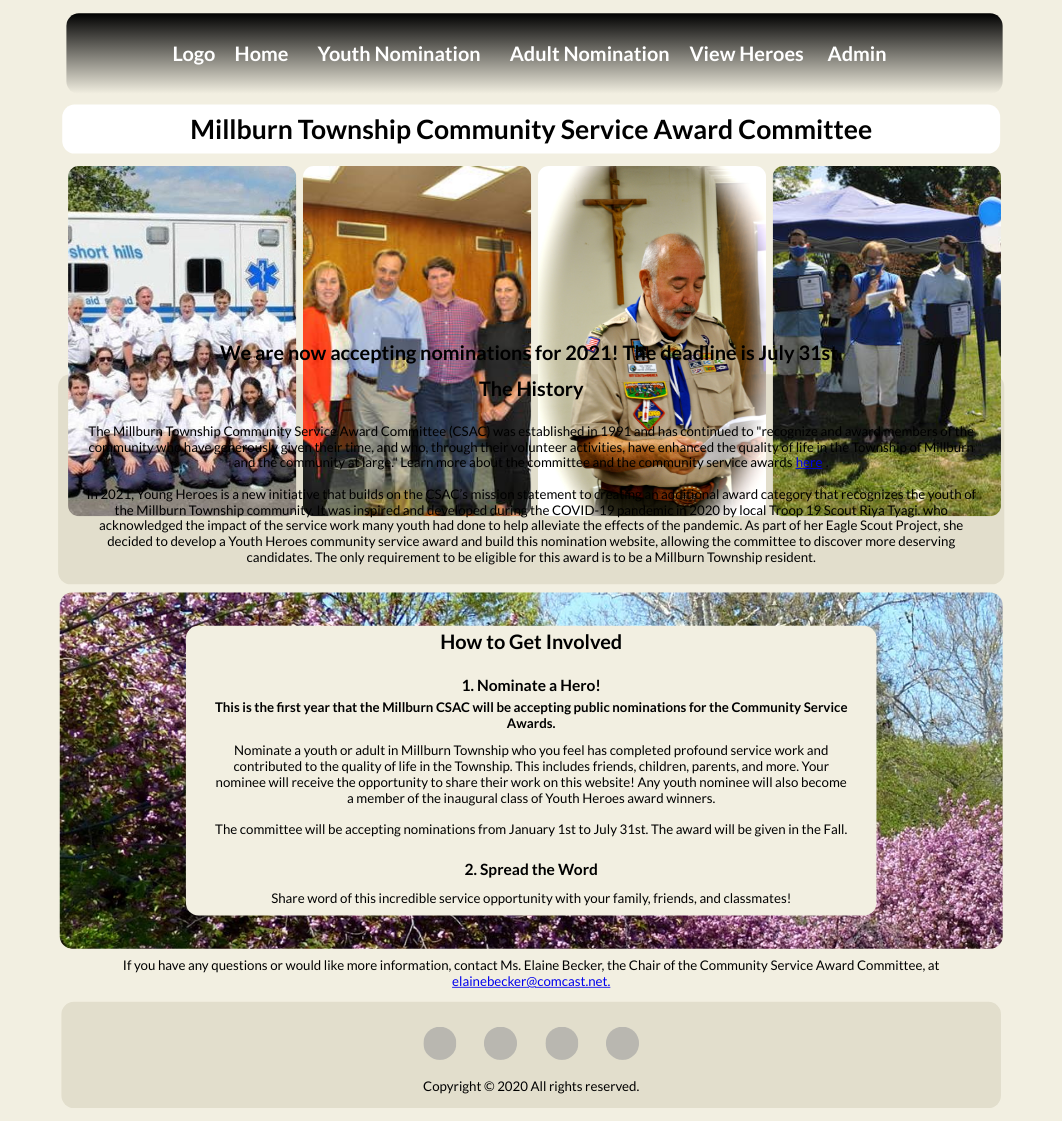
Repository: Centrattic/Young-Heroes-Website
Page: http://localhost/Frontend/home.php
The author's editor kept a copy of each file at every save. The page is drawn from the files as they stood at one save, then again after the next save.
The browser window is 1280 px wide. The pictures show the whole page, at 83% of full size.
Pictures or frames that could not be fetched are drawn as grey boxes. The page is run by PHP 8.4 with error messages shown; the project is at /var/www/html/.

Above is the page before, as saved 2020-12-09 15:39:01.

### Eagle Project/Frontend/home.php
<?php
require '../Backend/functions.php';
require '../Backend/dbhconnect.php';
?>

<html>
  <head>
    <link href="https://fonts.googleapis.com/css2?family=Lato:ital,wght@0,400;0,700;1,300;1,400&display=swap" rel="stylesheet">
    <link href="../CSS/home.css" rel="stylesheet" type="text/css" />

    <link rel = "stylesheet" href = "../CSS/navbar.css">
  </head>

  <body>


  <?php
      navbar();
    ?>

    <!--<h4> This website is affiliated with the Millburn Township Community Service Award Committee. </h4> -->
    <!--Banner/Header : history of CSAC , Ok describe that on website ::: incorporate thios is new initative but builds on previous initiative, came up on time of COVID, instead of "THE IMPORTANCE OF RECOGNIING YOUTH VOLUNTEERS -->
    <!-- Delete Mission Statement - JUst describe CSAC Iniative  ======================= OUR HISTORY, with the onset of COVID -- do this....

    Community Service Award OverView and Now YOUNG HEROES

    ALL NEEDED IS TO BE A MILLBURN TOWNSHIP RESIDENTs-->

    <h1 id = "homepagetitle"> Millburn Township Community Service Award Committee </h1>

    <div id = "homepicgrid">
      <div>
        <img src = "../Images/itsquad.jpg">
      </div>
      <div>
        <img src = "../Images/millburncsac.jpg">
      </div>
      <div>
        <img src = "../Images/fineran.jpg">
      </div>
      <div>
        <img src = "../Images/millburnhome.jpg">
      </div>
    </div>




    <h2> We are now accepting nominations for 2021! The deadline is July 31st. </h2>

    <!--<div id = "hometextgrid">
      <div>
        <h2> The Importance of Recognizing Youth Volunteers </h2>
        <p>Today’s youth are taking charge of environmental and social reforms,
          and they deserve credit and appreciation where it’s due. Up to 55% of youth
          actively participate in service, be it through school or other organizations, but they
          have gone severely underrepresented of late. By commending their efforts, more youth will be
          inspired to volunteer their time towards the community and the nation as a whole. Youth Service
          America reminds us that adolescent brains in particular offer creative solutions to problems,
          unaffected and unaware to the nonanswers common of some, older brains. They provide fresh outlooks
          and ideas that would otherwise go unthought of. Youth service is mutually beneficial to both the
          community and the youth in question; it has also been shown to improve success in the workforce
          and academics in later life with early leadership foundations, as well as fostering positive
          development traits and cosmopolitan mindsets. Some youth lack the incentive -the drive- to
          go out and make a difference, which is why it is vital for them to have an outlet of support and recognition.  </p>
      </div>
      <div>
        <h2> Our Mission Statement </h2>
        <p> The mission of the Young Heroes is to recognize Millburn/Short Hills youth for their contributions,
          to promote community service and good citizenship, to positively impact the community, and to
          give hope and inspiration to others, especially during difficult times such as COVID-19.
          This will be accomplished through a nomination process, verification, parental approval, and
          a final posting to the Millburn Township Young Heroes webpage. The posts will summarize the Young hero’s work
           and qualify them for an annual award given to the two heroes (and runners-ups) who demonstrate the most profound
          service and dedication to the Township, specific cause, and/or the community as a whole.
        </p>
      </div>
    </div>

    and who, through their volunteer activities, have enhanced the quality of life in the Township of Millburn
        and the community at large.”

    -->

    <div id = "CSAChistory">
      <h2> The History </h2> <br>
      <p> The Millburn Township Community Service Award Committee (CSAC) was established in 1991 and has continued to "recognize and award members of the community who have
        generously given their time, and who, through their volunteer activities, have enhanced the quality of life in the Township of Millburn and the community at large."
        Learn more about the committee and the community service awards<a href = "https://twp.millburn.nj.us/188/Community-Service-Award-Committee">here</a>.
        <br> <br>In 2021, Young Heroes is a new initiative that builds on the CSAC’s mission statement to creating an additional award category that recognizes the youth of the Millburn Township community.
         It was inspired and developed during the COVID-19 pandemic in 2020 by local Troop 19 Scout Riya Tyagi. who acknowledged the impact of the service work many youth had done to help alleviate
        the effects of the pandemic. As part of her Eagle Scout Project, she decided to develop a Youth Heroes community service award and build this nomination website,
        allowing the committee to discover more deserving candidates. The only requirement to be eligible for this award is to be a Millburn Township resident.
      </p>
    </div>

    <div id = "getinvolved">
          <div id = "nominateahero">
            <h2> How to Get Involved</h2>
            <br>
              <h3> 1. Nominate a Hero!</h3>
              <h4> This is the first year that the Millburn CSAC will be accepting public nominations for the Community Service Awards.</h4>
                <p> Nominate a youth or adult in Millburn Township who you feel has completed profound service work and contributed to the quality of life in the Township.
                This includes friends, children, parents, and more. Your nominee will receive the opportunity to share their work on this website! Any youth nominee will also
                become a member of the inaugural class of Youth Heroes award winners. <br><br>
                The committee will be accepting nominations from January 1st to July 31st. The award will be given in the Fall.<p>
               <h3>  2. Spread the Word </h3> <p>Share word of this incredible service opportunity with your family, friends, and classmates!</p>
               <!--<h3> 3. <a href = "https://forms.gle/pbJxUtVEzWF9bCSh6"> Volunteer </a></h3>  <p> Millburn Township Young Heroes is an Eagle Scout Project by Riya Tyagi of Troop 19. Volunteer to help her out! </p> -->
               <!-- <h3> 4.<a href = "https://gf.me/u/y3cpyf">Donate</a> </h3> <p> Donate to recognize heroes and their causes. We are very grateful for all donations. All money received will be used to purchase bronze
                  plaques to recognize winners of the awards and to handle the costs of advertising and creating a website. Any extra funds will be donated to the CSAC for future use.</li>
                </p>  -- Put this in explanation of Project --- part of narrative, footer  NICE -->
            </div>
    </div>

      <!--<div id = "impact">
        <h2> Our Impact</h2>
        <h3> ____ Youth Heroes Recognized </h3>
        <h3> ____ Adult Heroes Recognized </h3>
        <h3> ____ Awards Given</h3>
      </div>-->

    <h4 style = "width: 80%; margin: 0 auto;"> </h4>

    <p> If you have any questions or would like more information, contact Ms. Elaine Becker, the Chair of the Community Service Award Committee, at <a href = "mailto:elainebecker@comcast.net"> elainebecker@comcast.net.</a></p>

    <div id = "socialmedia">
        <footer id="colophon" class="site-footer" role="contentinfo">
      <div class="social-wrapper">
        <ul>
          <li>
            <a href="#" target="_blank">
              <img src="https://cdn1.iconfinder.com/data/icons/logotypes/32/twitter-128.png" alt="Twitter Logo" class="twitter-icon"></a>
          </li>
          <li>
            <a href="#" target="_blank">
              <img src="https://www.mchenryvillage.com/images/instagram-icon.png" alt="Instagram Logo" class="instagram-icon"></a>
          </li>
          <li>
            <a href="#" target="_blank">
              <img src="https://content.linkedin.com/content/dam/me/business/en-us/amp/brand-site/v2/bg/LI-Bug.svg.original.svg" alt="Linkedin Logo" class="linkedin-icon"></a>
          </li>
          <li>
            <a href="#" target="_blank">
              <img src="http://www.iconarchive.com/download/i54037/danleech/simple/facebook.ico" alt="Facebook Logo" class="facebook-icon"></a>
          </li>

        </ul>
      </div>

      <nav class="footer-nav" role="navigation">
        <p>Copyright &copy;
          <?php echo date("Y"); ?> All rights reserved.</p>
      </nav>
    </footer>
    <!-- #colophon -->
    </div>





</body>
</html>

### Eagle Project/Backend/dbhconnect.php
<?php
  $servername = "localhost";
  $dbUsername = "root";
  $dbPassword = "";
  $dbName = "young_heroes";

  //connecting to database
  $connection = new mysqli($servername, $dbUsername, $dbPassword, $dbName);

  //error message if connection fails
  if(!$connection){
    die("Connection failed: ".mysqli_connect_error());
  }
?>

### Eagle Project/CSS/home.css
* {
    text-align: center;
    padding: 2px;
    margin: 2px;
    font-family: 'Lato', sans-serif;
    border-radius: 15px;

}

body {
    background-color: #F2EFE1;

}

#homepicgrid {
    display: grid;
    width: auto;
    height: 30%;

    grid-template-columns: auto auto auto auto;
    grid-template-rows: auto;
}

#homepicgrid img {
    height: 100%;
    object-fit: cover;
    width: 100%;
}


#homepagetitle {
    font-size: 2em;
    width: auto;
    background-color: white;
    padding: 10px;
    margin: 5px;
}



#hometextgrid {
    display: grid;
    width: auto;
    margin: 0 auto;
    grid-template-columns: auto auto auto;
    grid-template-rows: auto auto;
}

#hometextgrid div {
    background-color: #E2DECC;
    padding: 20px;
}


#CSAChistory {
    background-color: #E2DECC;
    padding: 20px;
    padding-top: 0;
    margin: 10px 0;
}
#impact {
    background-color: white;
    width: 35%;
    margin: 2% auto;
    border: 10px solid transparent;
    border-image: url("../Images/borderhome.jpg") 30 round !important;
}

#impact h3 {
    margin: 15%;
}


#getinvolved {
    background-image: url("../Images/millburnblossoms.jpg");
    height: 60%;
    display: flex;
    align-items: center;
    justify-content: center;
}

#nominateahero {
    width: 70%;
    padding: 0 20px;
    background-color:  #F2EFE1;
}

#getinvolved p {
    margin: 10px;
}

button {
    font-size: 1em;
}



.site-footer {
    background-color: #E2DECC;
      text-align: center;
      margin: 10px 0;
      padding: 10px 0;
  }

  #social-wrapper {
      text-align: center;
  }

  /*Social Media Icons*/
  .social-wrapper {
      text-align: center;
  }

  .social-wrapper ul li {
      display: inline;
      margin: 0 5px;
  }

  .twitter-icon,
  .facebook-icon,
  .instagram-icon,
  .linkedin-icon,
  .googleplus-icon,
  .youtube-icon,
  .foursquare-icon{
      margin-top: .625em;
      width: 40px;
      height: 40px;
      opacity: .6;
      filter: alpha(opacity=60); /* For IE8 and earlier */
    border-radius: 25px;
  }

  .twitter-icon:hover,
  .facebook-icon:hover,
  .instagram-icon:hover,
  .linkedin-icon:hover,
  .googleplus-icon:hover,
  .youtube-icon:hover,
  .foursquare-icon:hover {
      opacity: 1.0;
      filter: alpha(opacity=100); /* For IE8 and earlier */
  }

  .footer-nav p {
      text-align: center;
  }

### Eagle Project/CSS/navbar.css
* {
    text-align: center;
    font-family: 'Lato', sans-serif;
}

body {
    background-color: #F2EFE1;
}


.menu-area li{
    display: inline;
    color: white;
    font-weight: bold;
    font-size: 1.5em;
    padding-bottom: 10px;
}

.menu-area .non-dropdown a{
    display: inline-block;
    padding: 30px 10px;
    text-decoration: none;
    color: white;
    box-sizing: border-box;

}

.menu-area .nav-dropdown .dropdown-content li a{
    display: inline-block;
    text-align: center;
    padding: 14px 16px;
    text-decoration: none;
}

.menu-area {
    width: 100%;
    background-image: linear-gradient(black, #F2EFE1);
    overflow: hidden;
    border-radius: 15px;
}

.menu-area .non-dropdown:hover{
    border-radius: 0px;
    border-bottom: 10px solid aliceblue;

}

.menu-area li a {
    box-sizing: border-box;
}

.nav-dropbtn {
    text-decoration: none;
    color: white;
}

/*FIX THIS LATER*/


#logout {
    all: unset;
}

body {
    margin: 0 5%;
}

/* ------------------*/



li.nav-dropdown {
    display: inline-block;
}

.dropdown-content {
    display: none;
    position: absolute;
    background-color: #f9f9f9;
    min-width: 150px;
    box-shadow: 0px 8px 16px 0px rgba(0,0,0,0.2);
    z-index: 1;

}

.dropdown-content a {
    color: black;
    padding: 12px 16px;
    text-decoration: none;
    display: block;
    font-size: .9em;
    text-align: left;
}


.dropdown-content a:hover {
    background-color: #f1f1f1;
}


.nav-dropdown:hover .dropdown-content {
    display: block;
    border-radius: 0px;
}

Loaded but not shown: Eagle Project/Backend/functions.php (995 lines, source omitted)

After the next save:
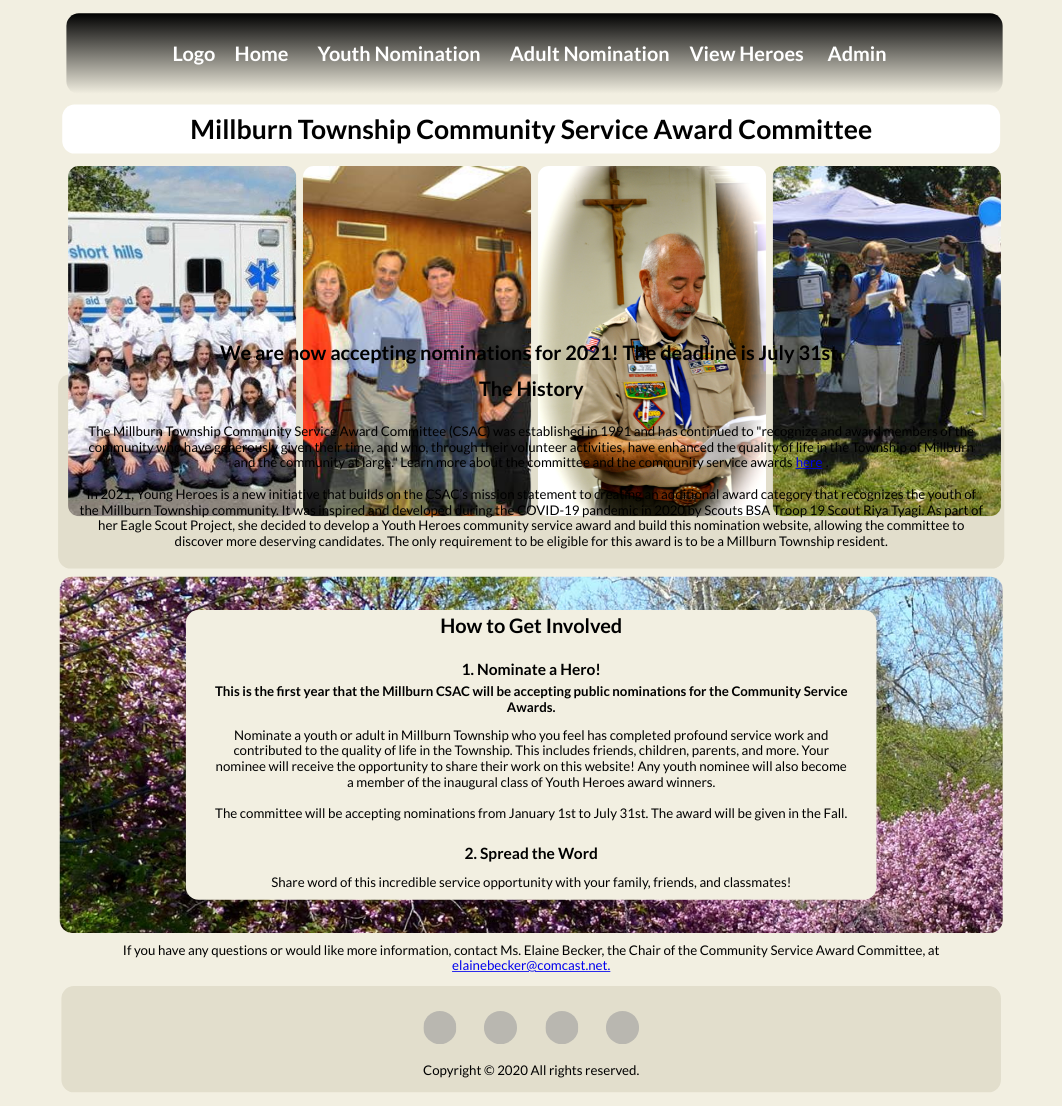
Saved 22 s later.
--- a/Eagle Project/Frontend/home.php
+++ b/Eagle Project/Frontend/home.php
@@ -88,8 +88,7 @@ require '../Backend/dbhconnect.php';
         generously given their time, and who, through their volunteer activities, have enhanced the quality of life in the Township of Millburn and the community at large."
         Learn more about the committee and the community service awards<a href = "https://twp.millburn.nj.us/188/Community-Service-Award-Committee">here</a>.
         <br> <br>In 2021, Young Heroes is a new initiative that builds on the CSAC’s mission statement to creating an additional award category that recognizes the youth of the Millburn Township community.
-         It was inspired and developed during the COVID-19 pandemic in 2020 by local Troop 19 Scout Riya Tyagi. who acknowledged the impact of the service work many youth had done to help alleviate
-        the effects of the pandemic. As part of her Eagle Scout Project, she decided to develop a Youth Heroes community service award and build this nomination website,
+         It was inspired and developed during the COVID-19 pandemic in 2020 by Scouts BSA Troop 19 Scout Riya Tyagi.  As part of her Eagle Scout Project, she decided to develop a Youth Heroes community service award and build this nomination website,
         allowing the committee to discover more deserving candidates. The only requirement to be eligible for this award is to be a Millburn Township resident.
       </p>
     </div>
